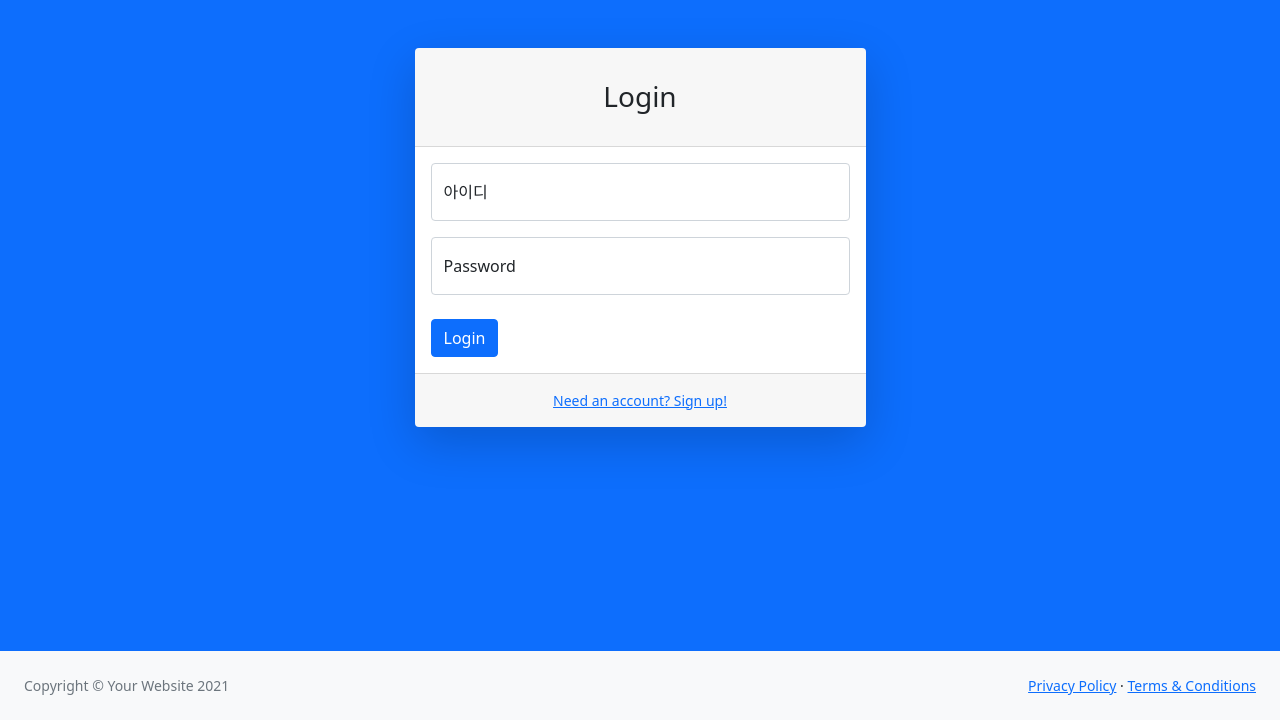
Repository: teq21/SDBSTOCK
Page: http://localhost/sdbstock/WEB-INF/view/user/login.jsp
The author's editor kept a copy of each file at every save. The page is drawn from the files as they stood at one save, then again after the next save.
The browser window is 1280 px wide. The pictures show the whole page.
The page is served by Tomcat 9. Nobody is signed in. Other server files are loaded and not shown. The template is opened directly, without the code that normally fills it, so the values that code supplies are empty.

Above is the page before, as saved 2021-06-15 11:55:46.
Console error (its wording comes from the project's code and is left out).

### sdbstock/WebContent/WEB-INF/view/user/login.jsp
<%@ page language="java" contentType="text/html; charset=UTF-8"
    pageEncoding="UTF-8"%>
<!DOCTYPE html>
<html>
<head>
        <meta charset="utf-8" />
        <meta http-equiv="X-UA-Compatible" content="IE=edge" />
        <meta name="viewport" content="width=device-width, initial-scale=1, shrink-to-fit=no" />
        <meta name="description" content="" />
        <meta name="author" content="" />
        <title>Login - SB Admin</title>
        <link href="/css/styles.css" rel="stylesheet" />
        <script src="https://cdnjs.cloudflare.com/ajax/libs/font-awesome/5.15.3/js/all.min.js" crossorigin="anonymous"></script>
    </head>
    <body class="bg-primary">
        <div id="layoutAuthentication">
            <div id="layoutAuthentication_content">
                <main>
                    <div class="container">
                        <div class="row justify-content-center">
                            <div class="col-lg-5">
                                <div class="card shadow-lg border-0 rounded-lg mt-5">
                                    <div class="card-header"><h3 class="text-center font-weight-light my-4">Login</h3></div>
                                    <div class="card-body">
                                        <form  method="post" action="/user/getUserLoginCheck.do">
                                            <div class="form-floating mb-3">
                                                <input class="form-control" id="inputEmail" type="email" placeholder="name@example.com" />
                                                <label for="inputEmail">아이디</label>
                                            </div>
                                            <div class="form-floating mb-3">
                                                <input class="form-control" id="inputPassword" type="password" placeholder="Password" />
                                                <label for="inputPassword">Password</label>
                                            </div>

                                            <div class="d-flex align-items-center justify-content-between mt-4 mb-0">

                                                <a class="btn btn-primary" href="index.html" onclick="/user/getUserLoginCheck.do">Login</a>
                                            </div>
                                        </form>
                                    </div>
                                    <div class="card-footer text-center py-3">
                                        <div class="small"><a href="register.html">Need an account? Sign up!</a></div>
                                    </div>
                                </div>
                            </div>
                        </div>
                    </div>
                </main>
            </div>
            <div id="layoutAuthentication_footer">
                <footer class="py-4 bg-light mt-auto">
                    <div class="container-fluid px-4">
                        <div class="d-flex align-items-center justify-content-between small">
                            <div class="text-muted">Copyright &copy; Your Website 2021</div>
                            <div>
                                <a href="#">Privacy Policy</a>
                                &middot;
                                <a href="#">Terms &amp; Conditions</a>
                            </div>
                        </div>
                    </div>
                </footer>
            </div>
        </div>
        <script src="https://cdn.jsdelivr.net/npm/bootstrap@5.0.1/dist/js/bootstrap.bundle.min.js" crossorigin="anonymous"></script>
        <script src="/js/scripts.js"></script>
    </body>
</html>

### sdbstock/WebContent/js/scripts.js
/*!
    * Start Bootstrap - SB Admin v7.0.0 (https://startbootstrap.com/template/sb-admin)
    * Copyright 2013-2021 Start Bootstrap
    * Licensed under MIT (https://github.com/StartBootstrap/startbootstrap-sb-admin/blob/master/LICENSE)
    */
    //
// Scripts
//

window.addEventListener('DOMContentLoaded', event => {

    // Toggle the side navigation
    const sidebarToggle = document.body.querySelector('#sidebarToggle');
    if (sidebarToggle) {
        // Uncomment Below to persist sidebar toggle between refreshes
        // if (localStorage.getItem('sb|sidebar-toggle') === 'true') {
        //     document.body.classList.toggle('sb-sidenav-toggled');
        // }
        sidebarToggle.addEventListener('click', event => {
            event.preventDefault();
            document.body.classList.toggle('sb-sidenav-toggled');
            localStorage.setItem('sb|sidebar-toggle', document.body.classList.contains('sb-sidenav-toggled'));
        });
    }

});

Loaded but not shown: sdbstock/WebContent/css/styles.css (library)

After the next save:
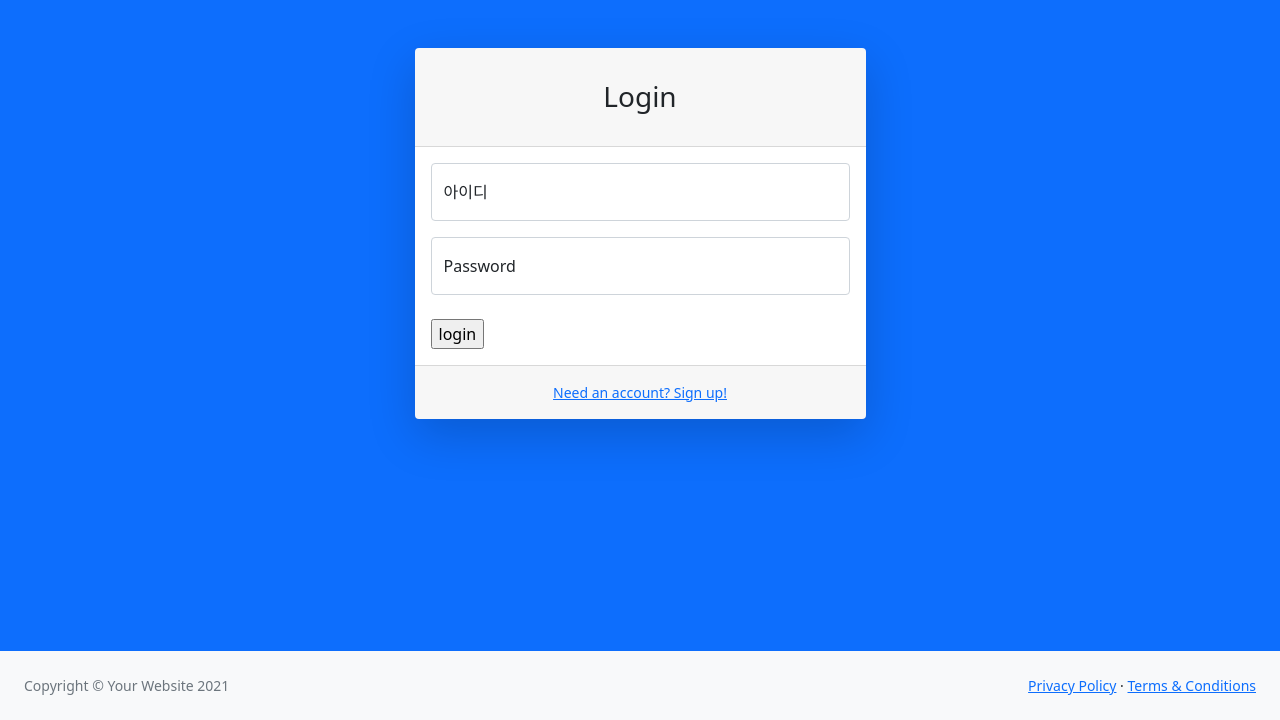
The error is gone.
Saved 48 s later.
--- a/sdbstock/WebContent/WEB-INF/view/user/login.jsp
+++ b/sdbstock/WebContent/WEB-INF/view/user/login.jsp
@@ -34,7 +34,7 @@
 
                                             <div class="d-flex align-items-center justify-content-between mt-4 mb-0">
 
-                                                <a class="btn btn-primary" href="index.html" onclick="/user/getUserLoginCheck.do">Login</a>
+                                               <input type="submit" value="login">
                                             </div>
                                         </form>
                                     </div>
